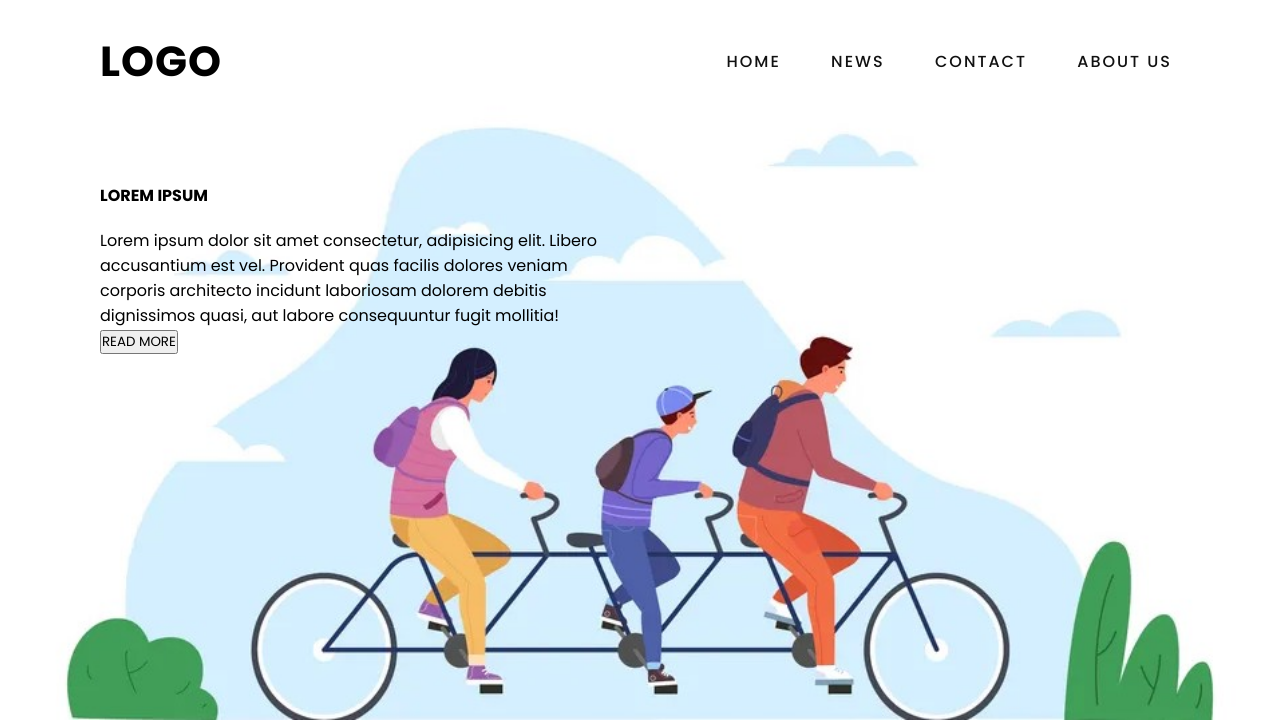
Repository: nganha241/1806
Page: index.html
These files come from the project's save history. The page is drawn as it stood at one moment and after the next save; the edit follows.
The browser window is 1280 px wide. The pictures show the whole page.

Above is the page before, as saved 2022-06-18 15:50:07.

After the next save:
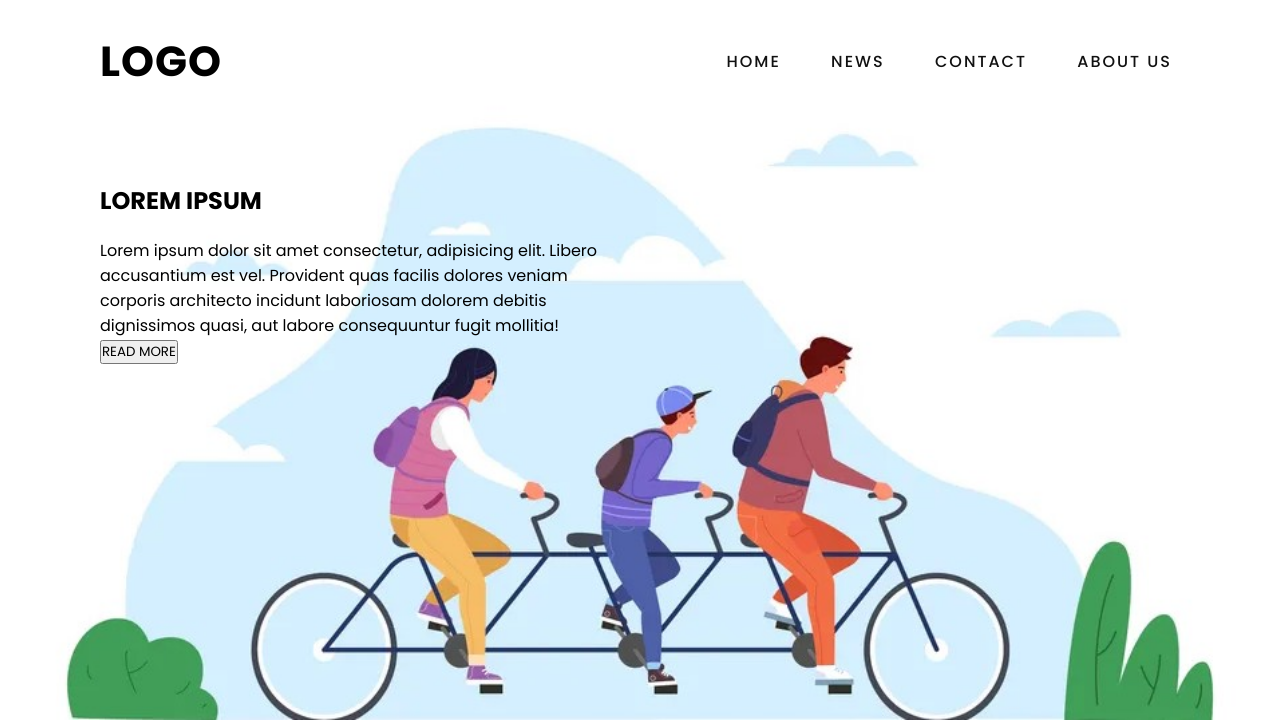
Saved 12 s later.
--- a/index.html
+++ b/index.html
@@ -21,7 +21,7 @@
         </div>
       </header>
       <div class="content">
-        <div class="title">LOREM IPSUM</div>
+        <h1 class="title">LOREM IPSUM</h1>
         <p>
           Lorem ipsum dolor sit amet consectetur, adipisicing elit. Libero
           accusantium est vel. Provident quas facilis dolores veniam corporis
